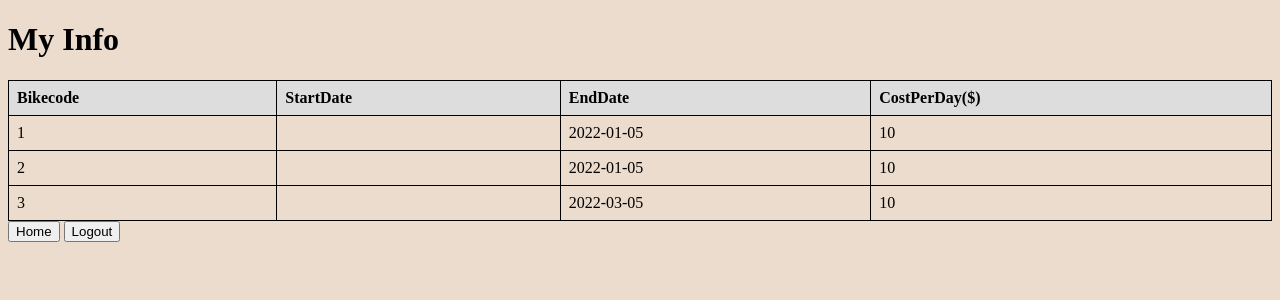
Repository: salveendutt/Bike-Reservation-App
Page: templates/my_info.html
The author's editor kept a copy of each file at every save. The page is drawn from the files as they stood at one save, then again after the next save.
The browser window is 1280 px wide. The pictures show the whole page.
The template is drawn by Django 4.2. The application's start-up code is not run. Other server files are loaded and not shown. The template is opened directly, without the code that normally fills it, so the values that code supplies are empty.

Above is the page before, as saved 2023-05-15 12:02:57.

### templates/my_info.html
<!DOCTYPE html>
<html>
<head>
	<title>Personal Information</title>
    <style>
        body {
            background-color: rgb(235, 220, 205);
        }
        table {
            border-collapse: collapse;
            width: 100%;
        }
        th, td {
			padding: 8px;
			text-align: left;
			border: 1px solid black;
		}
		th {
			background-color: #dddddd;
		}
		.is-fixed {
			background-color: #ff9999;
		}
    </style>
</head>
<body>
	<h1>My Info</h1>
    <table>
		<thead>
			<tr>
				<th>Bikecode</th>
				<th>StartDate</th>
                <th>EndDate</th>
                <th>CostPerDay($)</th>
			</tr>
		</thead>
		<tbody id="bikes-list"></tbody>
	</table>
	<button id="home-button">Home</button>
    <button id="logout-button">Logout</button>
	<script>
		const bikes = [
			{ Bikecode: 1, srartDate: '2022-01-01', endDate: '2022-01-05', costPerDay: 10 },
            { Bikecode: 2, srartDate: '2023-01-01', endDate: '2022-01-05', costPerDay: 10 },
            { Bikecode: 3, srartDate: '2023-03-01', endDate: '2022-03-05', costPerDay: 10 }

		];

		const bikesList = document.getElementById('bikes-list');

		bikes.forEach(bike => {
			const tr = document.createElement('tr');
			const bikecodeTd = document.createElement('td');
			bikecodeTd.textContent = bike.Bikecode;
			tr.appendChild(bikecodeTd);

            const startDateTd = document.createElement('td');
            startDateTd.textContent = bike.startDate;
            tr.appendChild(startDateTd);

            const endDateTd = document.createElement('td');
            endDateTd.textContent = bike.endDate;
            tr.appendChild(endDateTd);

            const costPerDayTd = document.createElement('td');
            costPerDayTd.textContent = bike.costPerDay;
            tr.appendChild(costPerDayTd);

            bikesList.appendChild(tr);

            });


        const homeButton = document.getElementById('home-button');
		homeButton.addEventListener('click', () => {
			window.location.href = '/';
		});
	</script>
</body>
</html>

After the next save:
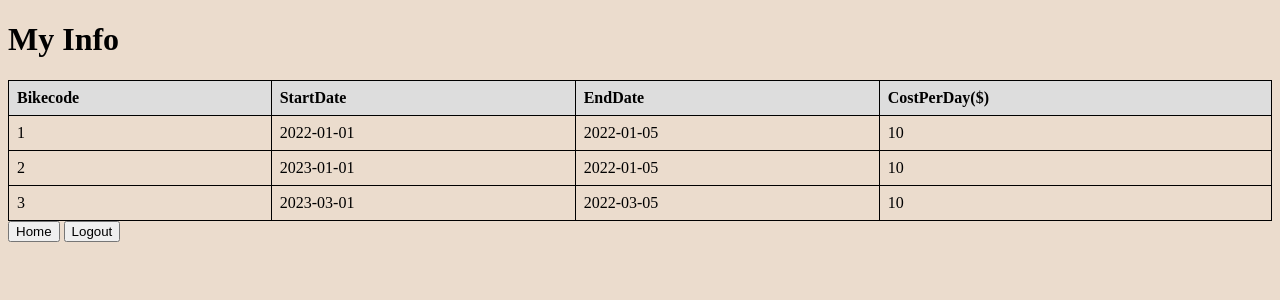
Saved 84 s later.
--- a/templates/my_info.html
+++ b/templates/my_info.html
@@ -55,7 +55,7 @@
 			tr.appendChild(bikecodeTd);
 
             const startDateTd = document.createElement('td');
-            startDateTd.textContent = bike.startDate;
+            startDateTd.textContent = bike.srartDate;
             tr.appendChild(startDateTd);
 
             const endDateTd = document.createElement('td');
